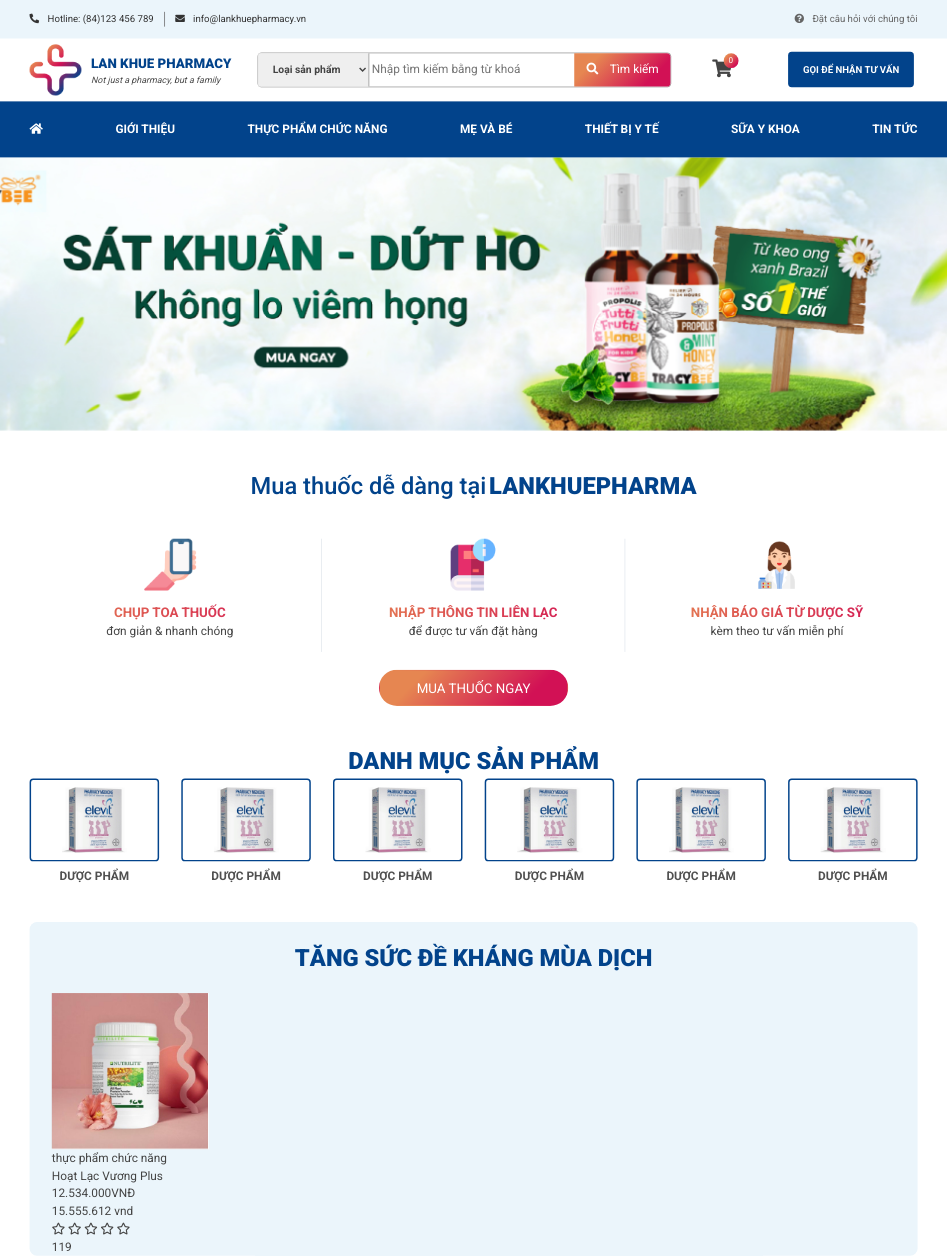
Repository: haianh12082001/Lan-khue
Page: index.html
An editor plug-in stored every save of this project. The page is shown before and after the next save, followed by the edit.
The browser window is 1280 px wide. The pictures show the whole page, at 74% of full size.
Some web libraries are served in a nearby version. The style sheet was rebuilt from its Sass, Less or Tailwind sources for each picture, by a compiler version that may differ from the author's.

Above is the page before, as saved 2021-12-18 15:20:45.

### index.html
<!DOCTYPE html>
<html lang="en">
    <head>
        <meta charset="UTF-8" />
        <meta http-equiv="X-UA-Compatible" content="IE=edge" />
        <meta name="viewport" content="width=device-width, initial-scale=1.0" />
        <title>Document</title>
        <link href="https://fonts.googleapis.com/css2?family=Roboto:wght@400;500;700;900&display=swap" rel="stylesheet" />
        <link rel="stylesheet" href="./assets/fonts/fontawesome-free-5.15.3/css/all.min.css" />
        <link
            rel="stylesheet"
            href="https://cdn.jsdelivr.net/npm/bootstrap@4.6.0/dist/css/bootstrap.min.css"
            integrity="sha384-B0vP5xmATw1+K9KRQjQERJvTumQW0nPEzvF6L/Z6nronJ3oUOFUFpCjEUQouq2+l"
            crossorigin="anonymous"
        />
        <link rel="stylesheet" type="text/css" href="https://cdn.jsdelivr.net/npm/slick-carousel@1.8.1/slick/slick.css" />
        <link rel="stylesheet" href="./assets/css/app.css" />
    </head>
    <body>
        <div class="top-header">
            <div class="container">
                <div class="py-3 d-flex justify-content-between align-items-center">
                    <div class="info d-flex">
                        <div class="top-header-hotline">
                            <i class="fas fa-phone-alt"></i>
                            Hotline: (84)123 456 789
                        </div>
                        <div class="top-header-email">
                            <i class="fas fa-envelope"></i>
                            info@lankhuepharmacy.vn
                        </div>
                    </div>
                    <div class="question">
                        <a href="">
                            <i class="fas fa-question-circle"></i>
                            Đặt câu hỏi với chúng tôi
                        </a>
                    </div>
                </div>
            </div>
        </div>
        <header class="header">
            <div class="header-searchbar py-2">
                <div class="container">
                    <div class="row align-items-center">
                        <div class="col-lg-3 col-3">
                            <div class="header-logo">
                                <a href="" class="d-flex flex-shrink-0">
                                    <img src="./assets/img/logo.png" alt="" />
                                    <div class="body">
                                        <div class="name">LAN KHUE PHARMACY</div>
                                        <div class="slogan">Not just a pharmacy, but a family</div>
                                    </div>
                                </a>
                            </div>
                        </div>
                        <div class="col-lg-6 col-3">
                            <div class="input-group">
                                <form action="" class="header-search">
                                    <select name="CatId" id="catalog">
                                        <option value="">Loại sản phẩm</option>
                                        <option value="">Danh mục thuốc</option>
                                        <option value="">Thực Phẩm Chức Năng</option>
                                        <option value="">Mẹ Và Bé</option>
                                        <option value="">Thiết Bị Y Tế</option>
                                        <option value="">Sữa y khoa</option>
                                        <option value="">Các sản phẩm khác</option>
                                    </select>
                                    <input type="text" placeholder="Nhập tìm kiếm bằng từ khoá" />

                                    <button type="submit">
                                        <i class="fas fa-search"></i>
                                        Tìm kiếm
                                    </button>
                                </form>
                            </div>
                        </div>
                        <div class="col-lg-1 col-3 d-flex align-items-center">
                            <div class="header-cart position-relative">
                                <i class="fas fa-shopping-cart"></i>
                                <span id="itemshop">0</span>
                            </div>
                        </div>
                        <div class="col-lg-2 col-3 d-none d-lg-block">
                            <a href="" class="header-btn"> Gọi để nhận tư vấn </a>
                        </div>
                    </div>
                </div>
            </div>
            <div class="header-menu">
                <div class="container">
                    <ul class="menu-list">
                        <li class="menu-item">
                            <a href=""><i class="fas fa-home"></i></a>
                        </li>
                        <li class="menu-item">
                            <a href="">Giới thiệu</a>
                        </li>
                        <li class="menu-item">
                            <a href="">Thực phẩm chức năng</a>
                        </li>
                        <li class="menu-item">
                            <a href="">Mẹ và bé</a>
                        </li>
                        <li class="menu-item">
                            <a href="">Thiết bị y tế</a>
                        </li>
                        <li class="menu-item">
                            <a href="">Sữa y khoa</a>
                        </li>
                        <li class="menu-item">
                            <a href="">Tin tức</a>
                        </li>
                    </ul>
                </div>
            </div>
        </header>
        <section class="banner">
            <img src="./assets/img/banner.jpg" alt="" />
        </section>
        <!-- Mua thuốc dễ dàng tại lankhuepharma -->
        <section class="section-buy-medicine">
            <div class="container">
                <div class="text-center">
                    <span class="title-sub">Mua thuốc dễ dàng tại</span>
                    <span class="section-title">lankhuepharma</span>
                </div>
                <div class="row pt-lg-5">
                    <div class="col-lg-4 item">
                        <div class="text-center">
                            <img src="./assets/img/buy-medicine/selfie 1.png" alt="" />
                            <div class="body p-3">
                                <div class="name">Chụp toa thuốc</div>
                                <div class="des">đơn giản & nhanh chóng</div>
                            </div>
                        </div>
                    </div>
                    <div class="col-lg-4 item">
                        <div class="text-center">
                            <img src="./assets/img/buy-medicine/Group 375.png" alt="" />
                            <div class="body p-3">
                                <div class="name">nhập thông tin liên lạc</div>
                                <div class="des">để được tư vấn đặt hàng</div>
                            </div>
                        </div>
                    </div>
                    <div class="col-lg-4 item">
                        <div class="text-center">
                            <img src="./assets/img/buy-medicine/pharmacist 1.png" alt="" />
                            <div class="body p-3">
                                <div class="name">nhận báo giá từ dược sỹ</div>
                                <div class="des">kèm theo tư vấn miễn phí</div>
                            </div>
                        </div>
                    </div>
                </div>
                <div class="text-center pt-lg-4">
                    <a href="" class="btn">Mua thuốc ngay</a>
                </div>
            </div>
        </section>
        <!-- Danh mục sản phẩm -->
        <section class="product-category">
            <div class="container">
                <div class="section-title text-center">danh mục sản phẩm</div>
                <div class="list">
                    <div class="item">
                        <div class="product-category-img">
                            <a href=""><img src="./assets/img/product-category/elevit-196915 1.jpg" alt="" /></a>
                        </div>
                        <a href="" class="name">Dược phẩm</a>
                    </div>
                    <div class="item">
                        <div class="product-category-img">
                            <a href=""><img src="./assets/img/product-category/elevit-196915 1.jpg" alt="" /></a>
                        </div>
                        <a href="" class="name">Dược phẩm</a>
                    </div>
                    <div class="item">
                        <div class="product-category-img">
                            <a href=""><img src="./assets/img/product-category/elevit-196915 1.jpg" alt="" /></a>
                        </div>
                        <a href="" class="name">Dược phẩm</a>
                    </div>
                    <div class="item">
                        <div class="product-category-img">
                            <a href=""><img src="./assets/img/product-category/elevit-196915 1.jpg" alt="" /></a>
                        </div>
                        <a href="" class="name">Dược phẩm</a>
                    </div>
                    <div class="item">
                        <div class="product-category-img">
                            <a href=""><img src="./assets/img/product-category/elevit-196915 1.jpg" alt="" /></a>
                        </div>
                        <a href="" class="name">Dược phẩm</a>
                    </div>
                    <div class="item">
                        <div class="product-category-img">
                            <a href=""><img src="./assets/img/product-category/elevit-196915 1.jpg" alt="" /></a>
                        </div>
                        <a href="" class="name">Dược phẩm</a>
                    </div>
                </div>
            </div>
        </section>
        <!-- Tăng sức đề kháng mùa dịch -->
        <div class="container">
            <div class="bg-light-blue">
                <div class="section-title text-center py-4">Tăng sức đề kháng mùa dịch</div>
                <div class="row row-cols-lg-5 gutters-10">
                    <div class="col-lg col-6">
                        <div class="product-item">
                            <div class="product-img">
                                <img src="./assets/img/product/Rectangle 305.jpg" alt="" />
                            </div>
                            <div class="product-info">
                                <div class="category">thực phẩm chức năng</div>
                                <div class="name">Hoạt Lạc Vương Plus</div>
                                <div class="new-price">12.534.000VNĐ</div>
                                <div class="old-price">15.555.612 vnd</div>
                                <div class="evaluate-product">
                                    <div class="icon">
                                        <i class="far fa-star"></i>
                                        <i class="far fa-star"></i>
                                        <i class="far fa-star"></i>
                                        <i class="far fa-star"></i>
                                        <i class="far fa-star"></i>
                                    </div>
                                    <div class="number">119</div>
                                </div>
                            </div>
                        </div>
                    </div>
                </div>
            </div>
        </div>
        <script type="text/javascript" src="https://code.jquery.com/jquery-1.11.0.min.js"></script>
        <script type="text/javascript" src="https://code.jquery.com/jquery-migrate-1.2.1.min.js"></script>
        <script
            src="https://cdnjs.cloudflare.com/ajax/libs/bootstrap/4.6.0/js/bootstrap.min.js"
            integrity="sha512-XKa9Hemdy1Ui3KSGgJdgMyYlUg1gM+QhL6cnlyTe2qzMCYm4nAZ1PsVerQzTTXzonUR+dmswHqgJPuwCq1MaAg=="
            crossorigin="anonymous"
            referrerpolicy="no-referrer"
        ></script>
        <script type="text/javascript" src="https://cdn.jsdelivr.net/npm/slick-carousel@1.8.1/slick/slick.min.js"></script>
        <script src="./assets/js/main.js"></script>
    </body>
</html>

### assets/js/main.js
$(document).ready(function () {
    $('.product-category .list').slick({
        slidesToShow: 6,
        slidesToScroll: 1,
        infinite: true,
        arrows: false,
        speed: 2000,
        autoplaySpeed: 3000,

    });
})

### assets/sass/app.scss
@import "variables";
@import "mixin";
@import "reset";
@import "global";
@import "header";
@import "body";

### assets/sass/_variables.scss
$black: #444444;
$gray: #656565;
$blue: #02438b;
$white: #ffffff;
$soft-grey: #959391;
$background-gradient: linear-gradient(134.52deg, #e68651 21.07%, #d21155 79.08%);

### assets/sass/_mixin.scss
@mixin maxWidth($q) {
    @media screen and (max-width: $q) {
        @content;
    }
}
@mixin minWidth($q) {
    @media screen and (min-width: $q) {
        @content;
    }
}

@mixin text-gradient {
    color: transparent;
    background-clip: text;
    -webkit-background-clip: text;
    background-image: linear-gradient(to right, #e68651, #d21155);
}
@mixin text-truncate($q) {
    display: -webkit-box;
    -webkit-line-clamp: $q;
    -webkit-box-orient: vertical;
    overflow: hidden;
    text-overflow: ellipsis;
    word-break: break-word;
}

### assets/sass/_reset.scss
html {
    box-sizing: border-box;
    scroll-behavior: smooth;
}
* {
    margin: 0;
    padding: 0;
}
*,
*:before,
*:after {
    box-sizing: border-box;
}
input,
textarea,
select,
button {
    outline: none;
}
input {
    line-height: normal;
    outline: none;
    box-shadow: none;
}
input:focus {
    outline: 0;
    border: none;
    box-shadow: none;
}
ul,
li {
    margin: 0;
    padding: 0;
    list-style: none;
}
label,
button {
    cursor: pointer;
}
a {
    text-decoration: none;

    &:hover {
        text-decoration: none;
    }
}
img {
    max-width: 100%;
    object-fit: cover;
}
.gutters-5 > [class*="col-"] {
    padding-right: 5px;
    padding-left: 5px;
}

### assets/sass/_global.scss
.container {
    max-width: 1230px;
    margin: 0 auto;
    padding: 0 15px;
}
body {
    margin: 0;
    padding: 0;
    width: 100%;
    font-size: 16px;
    color: $black;
    font-family: "Roboto", sans-serif;
    @include maxWidth(768px) {
        font-size: 14px;
    }
}
.section-title {
    font-size: 32px;
    text-transform: uppercase;
    color: $blue;
    font-weight: 900;
}
.gutters-10 {
    margin-left: -10px;
    margin-right: -10px;
}
.gutters-10 [class^="col-"] {
    padding-left: 10px;
    padding-right: 10px;
}

### assets/sass/_header.scss
.top-header {
    background: #ebf5fb;
    font-size: 13px;
    color: $gray;
    .info {
        color: #333333;
    }
    .question a {
        color: $gray;
    }
    i {
        margin-right: 8px;
    }
}
.top-header-hotline {
    padding-right: 14px;
    border-right: 1px solid $gray;
}
.top-header-email {
    padding-left: 14px;
}
.header-logo {
    flex: 1;
    img {
        width: 70px;
        height: 69px;
        object-fit: contain;
    }
    .body {
        margin-left: 13px;
        display: flex;
        flex-direction: column;
        justify-content: center;
    }
    .name {
        font-weight: 900;
        color: $blue;
        font-size: 18px;
    }
    .slogan {
        font-size: 12px;
        color: #4a4a4a;
        font-style: italic;
    }
}
.header-search {
    background: #ffffff;
    border: 1px solid #949494;
    box-sizing: border-box;
    border-radius: 5px;
    #catalog {
        border: none;
        padding: 0 16px;
        height: 100%;
        width: 150px;
        font-size: 14px;
        color: #444444;
        font-weight: bold;
        border-right: 0.25px solid #949494;
        // width: 30%;
    }
    input {
        border: none;
        width: 270px;
        // max-width: 300px;
    }
    button {
        background: $background-gradient;
        border: none;
        height: 45px;
        padding: 0 16px;
        border-radius: 0px 5px 5px 0px;
        color: $white;
        i {
            margin-right: 12px;
        }
    }
}
.header-cart {
    i {
        font-size: 24px;
    }
    span {
        width: 20px;
        height: 20px;
        display: flex;
        align-items: center;
        justify-content: center;
        position: absolute;
        background: $background-gradient;
        border-radius: 100rem;
        top: -8px;
        right: -8px;
        font-size: 11px;
        color: $white;
    }
}
.header-btn {
    padding: 14px 20px;
    background: $blue;
    display: inline-block;
    border-radius: 5px;
    color: $white;
    font-weight: 700;
    text-transform: uppercase;
    font-size: 13px;
    &:hover {
        color: $white;
    }
}
.header-menu {
    background: $blue;
}
.menu-list {
    display: flex;
    justify-content: space-between;
    text-transform: uppercase;
    padding: 26px 0;
    font-weight: 700;
    a {
        color: $white;
    }
}

### assets/sass/_body.scss
.banner img {
    height: 369px;
    width: 100%;
    object-fit: cover;
}
.section-buy-medicine {
    padding: 50px 0;
    .title-sub {
        color: $blue;
        font-size: 32px;
        font-weight: 500;
    }
    .item {
        border-right: 1px solid #e1e7ed;
        &:last-child {
            border: none;
        }
    }
    .name {
        text-transform: uppercase;
        font-size: 18px;
        font-weight: bold;
        @include text-gradient;
    }
    img {
        max-height: 70px;
    }
    .btn {
        background: $background-gradient;
        text-transform: uppercase;
        color: $white;
        font-size: 18px;
        padding: 10px 50px;
        border-radius: 50px;
    }
}
.product-category {
    padding-bottom: 50px;
    .item {
        padding: 0 15px;
    }
    &-img {
        border: 2px solid $blue;
        border-radius: 5px;
        display: flex;
        justify-content: center;
        height: 112px;
        img {
            height: 100%;
            padding: 10px 0;
        }
    }
    .name {
        margin-top: 8px;
        text-align: center;
        text-transform: uppercase;
        color: #505050;
        display: block;
        font-weight: 700;
        @include text-truncate(2);
        &:hover {
            color: $blue;
        }
    }
    .slick-list {
        margin: 0 -15px;
    }
}
.bg-light-blue {
    background: #ebf5fb;
    border-radius: 10px;
    padding: 0 30px;
}
.product-img {
    img {
        width: 100%;
        height: 211px;
    }
}

Loaded but not shown: assets/fonts/fontawesome-free-5.15.3/css/all.min.css (library)

After the next save:
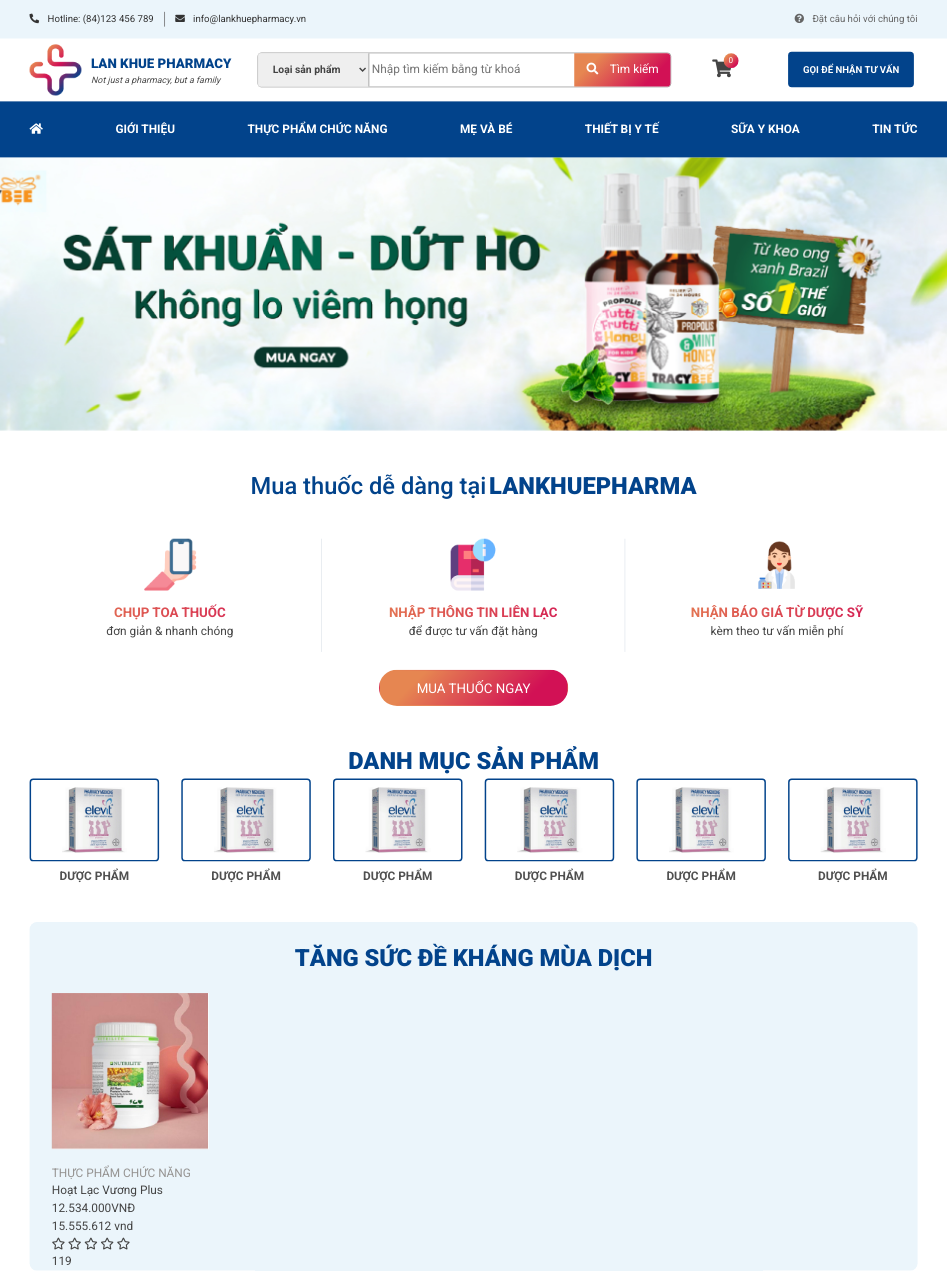
Saved 59 s later.
--- a/assets/sass/_body.scss
+++ b/assets/sass/_body.scss
@@ -77,3 +77,10 @@
         height: 211px;
     }
 }
+.product-info {
+    padding-top: 20px;
+    .category {
+        text-transform: uppercase;
+        color: $soft-grey;
+    }
+}
